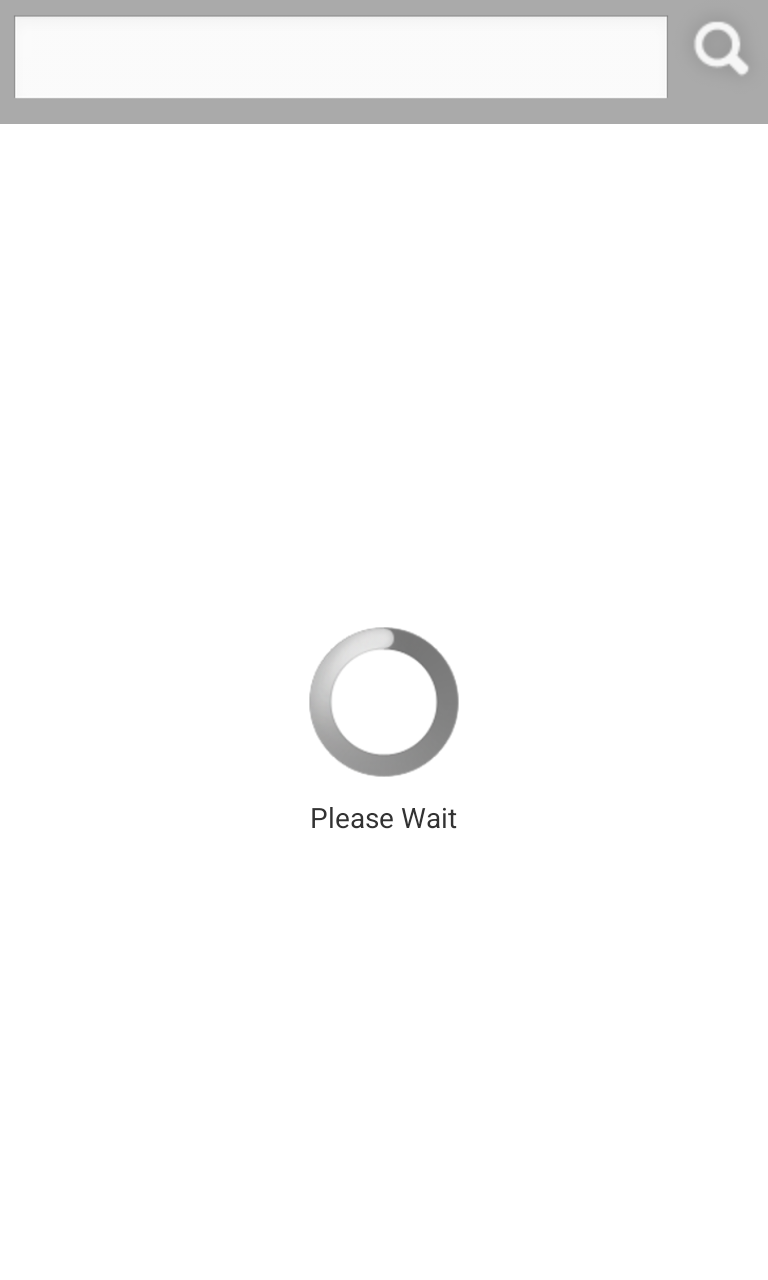
Repository: galihandy/chessboard
Layout: ArsenalIndonesia/res/layout/multiview.xml
The author's editor kept a copy of each file at every save. The layout is drawn from the files as they stood at one save, then again after the next save.
It is drawn on a 768 x 1280 px phone screen (xhdpi) without system bars, with theme android:Theme.Light.NoTitleBar; the app's code is not run. Lists and similar views that code fills are empty.

Above is the layout before, as saved 2013-02-16 04:29:51.

### ArsenalIndonesia/res/layout/multiview.xml
<?xml version="1.0" encoding="utf-8"?>
<RelativeLayout xmlns:android="http://schemas.android.com/apk/res/android"
    android:id="@+id/sampleLayoutExample"
    android:layout_width="fill_parent"
    android:layout_height="fill_parent"
    android:orientation="vertical" >

    <RelativeLayout
        android:id="@+id/search_layout"
        android:layout_width="match_parent"
        android:layout_height="wrap_content"
        android:background="@android:color/darker_gray" >

        <ImageView
            android:id="@+id/search_img"
            android:layout_width="wrap_content"
            android:layout_height="wrap_content"
            android:layout_alignParentRight="true"
            android:src="@drawable/icon_search" />

        <EditText
            android:id="@+id/search_edittext"
            android:layout_width="match_parent"
            android:layout_height="wrap_content"
            android:layout_marginBottom="7dip"
            android:layout_marginLeft="5dip"
            android:layout_marginTop="7dip"
            android:layout_toLeftOf="@id/search_img" />
    </RelativeLayout>

    <RelativeLayout
        android:id="@+id/loadingRelLayout"
        android:layout_width="fill_parent"
        android:layout_height="fill_parent"
        android:layout_below="@id/search_layout"
        android:orientation="vertical" >

        <!-- Your Content view here -->

        <ProgressBar
            android:id="@+id/progress_bar"
            style="?android:attr/progressBarStyleLarge"
            android:layout_width="wrap_content"
            android:layout_height="wrap_content"
            android:layout_centerHorizontal="true"
            android:layout_centerVertical="true"
            android:paddingBottom="10dp"
            android:paddingTop="10dp" />

        <TextView
            android:id="@+id/waitting_textview"
            android:layout_width="wrap_content"
            android:layout_height="wrap_content"
            android:layout_below="@+id/progress_bar"
            android:layout_centerHorizontal="true"
            android:text="@string/please_wait" />
    </RelativeLayout>

    <RelativeLayout
        xmlns:tools="http://schemas.android.com/tools"
        android:id="@+id/listRelLayout"
        android:layout_width="match_parent"
        android:layout_height="match_parent"
        android:layout_below="@id/search_layout"
        android:orientation="vertical" >

        <!-- Your Content view here -->

        <ListView
            android:id="@+id/listview"
            android:layout_width="fill_parent"
            android:layout_height="match_parent"
            tools:context=".FeaturedActivity" />
    </RelativeLayout>

    <RelativeLayout
        xmlns:tools="http://schemas.android.com/tools"
        android:id="@+id/noDataRelLayout"
        android:layout_width="match_parent"
        android:layout_height="match_parent"
        android:layout_below="@id/search_layout"
        android:orientation="vertical" >

        <TextView
            android:id="@+id/no_data_textview"
            android:layout_width="wrap_content"
            android:layout_height="wrap_content"
            android:layout_centerInParent="true"
            android:textSize="20dp" />
    </RelativeLayout>

</RelativeLayout>

### ArsenalIndonesia/res/values/strings.xml
<resources>

    <string name="app_name">Arsenal Indonesia</string>
    <string name="reg_pg_title_lbl">Based on Regional</string>
    <string name="saved_pg_title_lbl">My AIS Event List</string>
    <string name="hello_world">Hello world!</string>
    <string name="menu_settings">Settings</string>
    <string name="search_hint">Search event</string>
    <string name="title_activity_main">Arsenal Indonesia</string>
    <string name="title_activity_featured">Featured</string>
    <string name="title_activity_ticket">Ticket</string>
    <string name="title_activity_myticket">My Ticket</string>
    <string name="please_wait">Please Wait</string>
    <string name="regional_lbl">Regional :</string>
    <string name="date_lbl">Date :</string>
    <string name="description_lbl">Description :</string>
    <string name="ticket">Ticket</string>
	<string name="contact">Contact</string>
	<string name="category">Category</string>
	<string name="author">Author</string>
    <string name="detail_event_add_menu_title">Add to My Event</string>
    <string name="detail_event_rmv_menu_title">Remove from My Event</string>
    <string name="search_event_title">Search Event</string>
    <string name="no_saved_event">No event saved</string>

</resources>

After the next save:
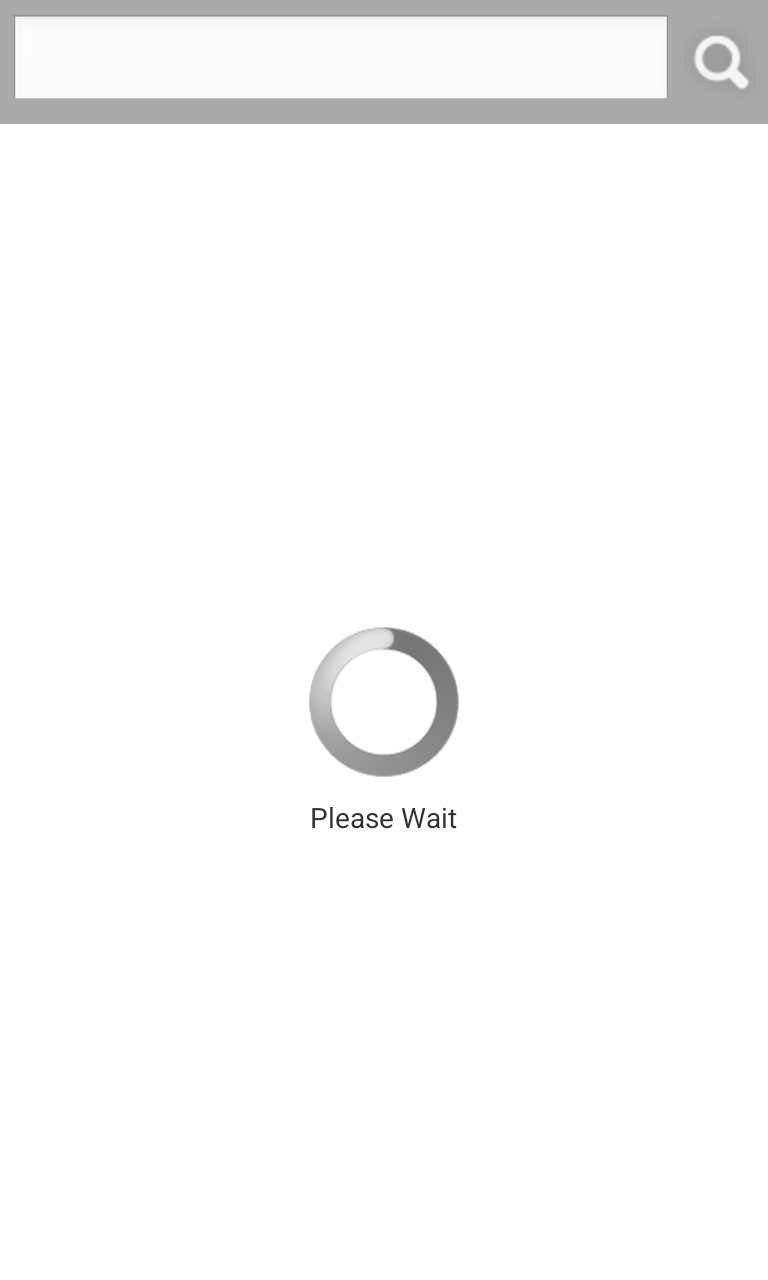
Saved 23 s later.
--- a/ArsenalIndonesia/res/layout/multiview.xml
+++ b/ArsenalIndonesia/res/layout/multiview.xml
@@ -16,6 +16,8 @@
             android:layout_width="wrap_content"
             android:layout_height="wrap_content"
             android:layout_alignParentRight="true"
+            android:layout_marginBottom="7dip"
+            android:layout_marginTop="7dip"
             android:src="@drawable/icon_search" />
 
         <EditText
